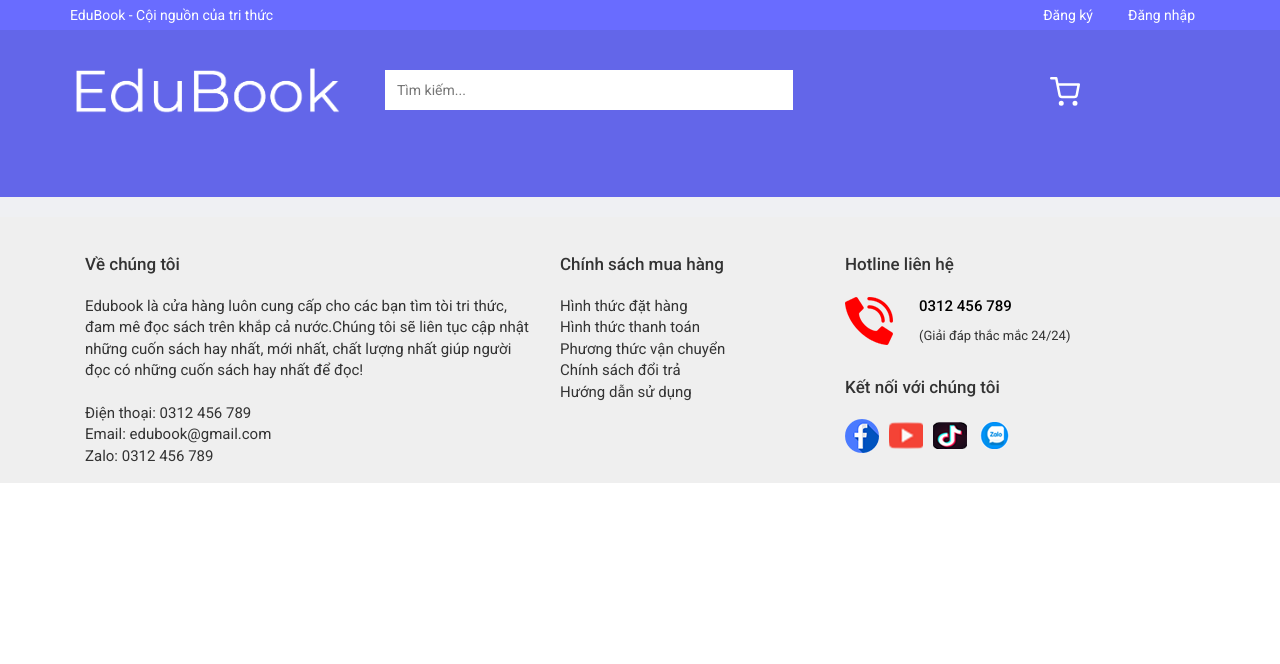
Repository: ThieuDV091002/BookShop
Page: http://localhost/checkout/order_completed
The author's editor kept a copy of each file at every save. The page is drawn from the files as they stood at one save, then again after a run of saves.
The browser window is 1280 px wide. The pictures show the whole page.
Some web fonts or font styles are not loaded; a fallback is used. The page is this project's Thymeleaf template; nobody is signed in. The template is opened directly, without the code that normally fills it, so the values that code supplies are empty.

Above is the page before, as saved 2023-07-19 14:42:49.
Console error: TypeError: Cannot read properties of null (reading 'style')

### EduBookProject/EduBookWebparent/EduBookFrontEnd/src/main/resources/templates/checkout/order_completed.html
<!DOCTYPE html>
<html xmlns:th="www.thymeleaf.org"
	xmlns:sec="https://www.thymeleaf.org/thymeleaf-extras-springsecurity5">
<head>
<meta charset="UTF-8">
<meta name="viewport" content="width=device-width, initial-scale=1.0">
<title>Trang chủ - EduBook</title>
<script th:src="@{js/jquery-3.3.1.js}"></script>
<script th:src="@{js/bootstrap.min.js}"></script>
<script
	th:src="@{https://ajax.googleapis.com/ajax/libs/jquery/3.5.1/jquery.min.js}"></script>
<link rel="stylesheet" th:href="@{css/bootstrap.min.css}">
<link rel="stylesheet"
	th:href="@{https://maxcdn.bootstrapcdn.com/bootstrap/3.4.1/css/bootstrap.min.css}">

<link
	th:href="@{https://fonts.googleapis.com/css2?family=Roboto:ital,wght@0,300;0,400;0,500;0,700;1,300;1,400;1,500&display=swap}"
	rel="stylesheet">
<link rel="stylesheet" th:href="@{fontawesome/all.min.css}">
<link
	th:href="@{https://fonts.googleapis.com/css2?family=Paytone+One&display=swap}"
	rel="stylesheet">
<link rel="stylesheet" th:href="@{css/style.css}">
<link rel="stylesheet" th:href="@{css/home.css}">
<link rel="stylesheet" th:href="@{css/contact.css}">
</head>
<body>
	<div class="app">
		<header id="header">
			<div class="header__top">
				<div class="container">
					<section class="row flex">
						<div class="col-lg-5 col-md-0 col-sm-0 heade__top-left">
							<span>EduBook - Cội nguồn của tri thức</span>
						</div>

						<nav class="col-lg-7 col-md-0 col-sm-0 header__top-right">
							<ul class="header__top-list" sec:authorize="!isAuthenticated()">
								<li class="header__top-item"><a th:href="@{/register}"
									class="header__top-link">Đăng ký</a></li>
								<li class="header__top-item"><a th:href="@{/login}"
									class="header__top-link">Đăng nhập</a></li>
							</ul>
							<ul class="header__top-list" sec:authorize="isAuthenticated()">
								<li class="header__top-item"><a th:href="@{/customer-update}"
									class="header__top-link" sec:authentication="principal.hoten"></a></li>
							</ul>
						</nav>
					</section>
				</div>
			</div>

			<div class="header__bottom">
				<div class="container">
					<section class="row">
						<div class="col-lg-3 col-md-4 col-sm-12 header__logo">
							<h1 class="header__heading">
								<a href="#" class="header__logo-link"> <img
									th:src="@{image/logo1.png}" alt="Logo" class="header__logo-img">
								</a>
							</h1>
						</div>

						<div class="col-lg-6 col-md-7 col-sm-0 header__search text-center"
							style="display: flex; justify-content: center; align-items: center;">
							<form class="col-lg-12 col-md-7 col-sm-0 header__search"
								th:action="@{/search}">
								<input type="search" name="keyword" class="header__search-input"
									th:value="${keyword}" placeholder="Tìm kiếm...">
							</form>
						</div>

						<a href="cart.html"
							class="col-lg-1 col-md-1 col-sm-0 header__cart">
							<div class="header__cart-icon-wrap" style="padding-top: 35px">
								<a th:href="@{/cart}">
									<svg xmlns="http://www.w3.org/2000/svg" width="30" height="30" style="color: white"
									viewBox="0 0 24 24" fill="none" stroke="currentColor" stroke-width="2"
									stroke-linecap="round" stroke-linejoin="round" class="feather feather-shopping-cart" id="IconChangeColor">
									<circle cx="9" cy="21" r="1"></circle><circle cx="20" cy="21" r="1"></circle>
									<path d="M1 1h4l2.68 13.39a2 2 0 0 0 2 1.61h9.72a2 2 0 0 0 2-1.61L23 6H6" id="mainIconPathAttribute"></path></svg>
								</a>
							</div>
						</a>
					</section>
				</div>
			</div>

			<div class="header__nav">
				<div class="container">
					<section class="row">
						<th:block sec:authorize="isAuthenticated()">
							<div class="header__nav col-lg-9 col-md-0 col-sm-0">
								<ul class="header__nav-list">
									<li class="header__nav-item"><a th:href="@{/customer-update}"
										class="header__nav-link">Thông tin tài khoản</a></li>
									<li class="header__nav-item"><a th:href="@{/order}"
										class="header__nav-link">Đơn hàng</a></li>
									<li class="header__nav-item"><a th:href="@{/address_book}"
										class="header__nav-link">Địa chỉ</a></li></li>
									<li class="header__nav-item"><a th:href="@{/review}"
										class="header__nav-link">Đánh giá</a></li></li>
									<li class="header__nav-item"><a th:href="@{/request}"
										class="header__nav-link">Khiếu nại</a></li>
									<li class="header__nav-item"><a id="logoutLink" href=""
										class="header__nav-link">Đăng xuất</a></li>

								</ul>
							</div>
						</th:block>
					</section>
				</div>
			</div>
		</header>



		<section class="menu-slide text-center">
			<div class="container">
				<th:block sec:authorize="isAuthenticated()">
					<form th:action="@{/logout}" method="post" th:hidden="true"
						name="LogoutForm">
						<input type="submit">
					</form>
				</th:block>
			</div>
		</section>


		<footer>
			<section class="footer__top">
				<div class="container">
					<div class="row">
						<article class="footer__top-intro col-lg-5 col-md-4 col-sm-6">
							<h4 class="footer__top-intro-heading">Về chúng tôi</h4>
							<div class="footer__top-intro-content">
								Edubook là cửa hàng luôn cung cấp cho các bạn tìm tòi tri thức,
								đam mê đọc sách trên khắp cả nước.Chúng tôi sẽ liên tục cập nhật
								những cuốn sách hay nhất, mới nhất, chất lượng nhất giúp người
								đọc có những cuốn sách hay nhất để đọc! <br> <br> Điện
								thoại: 0312 456 789 <br> Email: edubook@gmail.com <br>
								Zalo: 0312 456 789 <br>
							</div>
						</article>

						<article class="footer__top-policy col-lg-3 col-md-4 col-sm-6">
							<h4 class="footer__top-policy-heading">Chính sách mua hàng</h4>

							<ul class="footer__top-policy-list">
								<li class="footer__top-policy-item"><a href="#"
									class="footer__top-policy-link">Hình thức đặt hàng</a></li>
								<li class="footer__top-policy-item"><a href="#"
									class="footer__top-policy-link">Hình thức thanh toán</a></li>
								<li class="footer__top-policy-item"><a href="#"
									class="footer__top-policy-link">Phương thức vận chuyển</a></li>
								<li class="footer__top-policy-item"><a href="#"
									class="footer__top-policy-link">Chính sách đổi trả</a></li>
								<li class="footer__top-policy-item"><a href="#"
									class="footer__top-policy-link">Hướng dẫn sử dụng</a></li>
							</ul>
						</article>

						<article
							class="footer__top-contact-wrap col-lg-4 col-md-4 col-sm-6">
							<h4 class="footer__top-contact-heading">Hotline liên hệ</h4>

							<div class="footer__top-contact">
								<div class="footer__top-contact-icon">
									<img th:src="@{image/phone_top.png}"
										class="footer__top-contact-img">
								</div>

								<div class="footer__top-contact-phone-wrap">
									<div class="footer__top-contact-phone">0312 456 789</div>
									<div class="footer__top-contact-des">(Giải đáp thắc mắc
										24/24)</div>
								</div>
							</div>

							<h4 class="footer__top-contact-heading">Kết nối với chúng
								tôi</h4>

							<div class="footer__top-contact-social">
								<a href="#" class="footer__top-contact-social-link"> <img
									th:src="@{image/facebook.png}">
								</a> <a href="#" class="footer__top-contact-social-link"> <img
									th:src="@{image/youtube.png}">
								</a> <a href="#" class="footer__top-contact-social-link"> <img
									th:src="@{image/tiktok.png}">
								</a> <a href="#" class="footer__top-contact-social-link"> <img
									th:src="@{image/zalo.png}">
								</a>
							</div>
						</article>
					</div>
				</div>
			</section>
		</footer>
	</div>
	<script th:src="@{js/jq.js}"></script>
	<script th:src="@{js/index.js}"></script>
</body>
</html>

### EduBookProject/EduBookWebparent/EduBookFrontEnd/src/main/resources/static/css/style.css
:root{
    --primary-color: #6366e9;
    --white-color: #fff;
    --black-color: #000;
    --text-color: #333;
    --border-color: #e5e5e5;
}

*{
    margin: 0;
    padding: 0;
    box-sizing: border-box;
    font-size: 62.5%;
}

body{
    font-size: 100%;
    font-family: Roboto;
}
/* header */
#header{
    background: var(--primary-color);
}

.header__top{
    height: 30px;
    display: flex;
    align-items: center;
    justify-content: space-between;
    background: #696cff;
}

.heade__top-left{
    padding-left: 0;
}

.heade__top-left span {
    font-size: 14px;
    color: var(--white-color);
}

.header__top-right {
    display: flex;
    align-items: center;
    justify-content: flex-end;
}

.header__top-list {
    list-style: none;
    display: flex;
    align-items: center;
    margin: 0;
}

.header__top-item {

}

.header__top-link {
    color: var(--white-color);
    text-decoration: none;
    font-size: 1.4rem;
    display: block;
    margin-left: 3.5rem;
    transition: 0.2s;
}

.header__top-link:hover{
    opacity: 0.8;
    color: #fff;
    text-decoration: none;
}

.header__bottom {
 padding: 12px 0;
}

.header__logo {
    padding-left: 0;
}

.header__heading {

}

.header__logo-link {

}

.header__logo-img {

}


.header__search {
    display: flex;
    align-items: center;
}


.header__search-select {
    height: 4rem;
    font-size: 1.4rem;
    font-weight: 500;
    outline: none;
    border: none;
    border-radius: 0.2rem 0 0 0.2rem;
    border-right: 1px solid var(--border-color);
    width: 10%;
    padding: 0 .6rem;
}

.header__search-select option{
    font-size: 1.4rem;
    display: inline-block;
    margin: 10px 12px;
}

.header__search-input {
    height: 4rem;
    width: 80%;
    font-size: 1.4rem;
    outline: none;
    border: none;
    padding: 0 12px;
}

.header__search-btn {
    width: 10%;
    height: 4rem;
    outline: none;
    border: none;
    border-radius: 0 2px 2px 0;
    font-size: 1.4rem;
    background: var(--white-color);
}

.header__search-icon-wrap{
    width: 90%;
    height: 3.4rem;
    background: #696cff;
    border-radius: 2px;
    display: flex;
    justify-content: center;
    align-items: center;
    cursor: pointer;
    margin-left: .2rem;
}

.header__search-icon {
    font-size: 1.4rem;
    color: var(--white-color);
}


.header__call {
    display: flex;
    align-items: center;
    padding-right: 0;
}

.header__call-icon-wrap {
    margin-right: 1rem;
}

.header__call-icon {
    font-size: 2.2rem;
    color: var(--white-color);
}

.header__call-info {

}

.header__call-text {
    font-size: 13px;
    font-weight: 500;
    color: var(--white-color);
    margin-bottom: 1rem;
}

.header__call-number {
    font-size: 1.5rem;
    font-weight: 500;
    color: var(--white-color);
}

.header__cart {
    display: flex;
    justify-content: center;
    align-items: center;
    cursor: pointer;
}

.header__cart-icon-wrap {
    position: relative;
}

.header__notice{
    display: block;
    width: 24px;
    height: 24px;
    position: absolute;
    top: -70%;
    right: -70%;
    background: #fff;
    color: var(--primary-color);
    font-size: 1.4rem;
    border-radius: 50%;
    border: 2px solid #696cff;
    display: flex;
    justify-content: center;
    align-items: center;
    font-weight: 400;
}

.header__nav-cart-icon {
    font-size: 2rem;
    color: var(--white-color);
}


/*header navigation*/
.header__nav-wrap{
    height: 4.8rem;
    background: #ff5c00;
}

.header__nav-menu-wrap{
    height: 4.8rem;
    background: #696cff;
    display: flex;
    align-items: center;
    border-top-left-radius: 2px;
    border-top-right-radius: 2px;
    /*margin-left: 1.5rem;
    margin-right: -1.5rem;
    padding-right: 0;*/
    cursor: pointer;
}

.header__nav-menu-icon {
    font-size: 1.6rem;
    color: var(--white-color);
    margin-right: 1.6rem;
    margin-left: 1.4rem;
}

.header__nav-menu-title {
    font-size: 1.6rem;
    font-weight: 500;
    color: var(--white-color);
}

.header__nav {
    height: 4.8rem;
}

.header__nav-list {
    list-style: none;
    display: flex;
    align-items: center;
    height: 100%;
}

.header__nav-item {

}

.header__nav-link {
    color: var(--white-color);
    text-decoration: none;
    font-size: 1.5rem;
    font-weight: 500;
    display: block;
    padding-right: 3rem;
    transition: 0.2s;
}

.header__nav-link:hover{
    text-decoration: none;
    color: var(--white-color);
    opacity: 0.6;
}
/**/
/* end header */


/*footer*/
.footer__top{
    background: #efefef;
    padding: 1.6rem 0;
}
.footer__top-intro {

}

.footer__top-intro-heading, .footer__top-policy-heading, .footer__top-contact-heading {
    font-size: 1.7rem;
    color: var(--text-color);
    padding: 1.2rem 0;
}

.footer__top-intro-content {
    font-size: 1.5rem;
}

.footer__top-policy-list {
    list-style: none;
    margin-bottom: 1rem;
}

.footer__top-policy-item {

}

.footer__top-policy-link {
    font-size: 1.5rem;
    color: var(--text-color);
}

.footer__top-policy-link:hover{
    color: var(--text-color);
    opacity: 0.8;
    text-decoration: none;
}

.footer__top-contact-wrap {

}

.footer__top-contact-heading {

}

.footer__top-contact {
    display: flex;
    align-items: center;
    margin-bottom: 2rem;
}


.footer__top-contact-icon {
    margin-right: 2.6rem;
}

.footer__top-contact-img {

}

.footer__top-contact-phone-wrap {

}

.footer__top-contact-phone {
    font-size: 1.5rem;
    font-weight: 500;
    color: var(--black-color);
    margin-bottom: 1rem;
}

.footer__top-contact-des {
    font-size: 1.3rem;
    color: var(--text-color);
}

.footer__top-contact-social-link{
    margin-right: 1rem;
}

.footer__bottom {
    height: 3.4rem;
    background: #666;
    text-align: center;
}

.footer__bottom-content {
    font-size: 1.4rem;
    color: var(--white-color);
    margin: 0 auto;
    line-height: 3.4rem;
}


@media (max-width:992px){
    .header__top{
        display: none;
    }

    .header__nav-menu-wrap{
        display: none;
    }

    /*.header__search{
        display: none;
    }*/

    .header__call{
        display: none;
    }

    .header__search-select{
        display: none;
    }
}

@media (max-width:768px){
    .hide-on-mobile{
        display: none;
    }

    .header__search{
        display: none;
    }

    .header__cart{
        display: none;
    }

    .header__nav{
        display: none;
    }

    .header__heading {
        text-align: center;
    }

    .header__logo-img {
        max-width: 10rem;
    }


}

@media (min-width:768px){
   .header__logo-img {
        max-width: 100%;
    }
}


#myBtn-scroll{

    display: none;
    position: fixed;
    bottom: 20px;
    right: 30px;
    z-index: 99;
    font-size: 18px;
    border: none;
    outline: none;
    background-color: rgba(238, 0, 0,0.5);
    color: white;
    cursor: pointer;
    padding: 15px;
    border-radius: 4px;

}
#myBtn-scroll:hover{

    background-color: red;
}

### EduBookProject/EduBookWebparent/EduBookFrontEnd/src/main/resources/static/css/contact.css
.contact__self h3, .contact__regist h3 {
	font-size: 2rem;
	color: #000;
}

.contact__self p, .contact__regist p{
	font-size: 1.4rem;
}


.contact__self-list {
	list-style: none;
}

.contact__self-item {

}

.contact__self-link {
	color: var(--text-color);
	font-size: 1.4rem;
	display: block;
	padding: 0.5rem 0;
}

.contact__self-item:first-child .contact__self-link{
	font-weight: 500;
}

.contact__self-link:hover{
	color: var(--black-color);
	text-decoration: none;
}

.contact__regist form input{
	margin: 1rem 0;
	padding: 0.8rem 1rem;
	border-radius: 0.2rem;
	outline: none;
	font-size: 1.4rem;
	border: 1px solid #ccc;
	width: 100%;
}

.contact__regist form select{
	margin: 1rem 0;
	padding: 0.8rem 1rem;
	border-radius: 0.2rem;
	outline: none;
	font-size: 1.4rem;
	border: 1px solid #ccc;
	width: 100%;
}

.contact__regist form option{
	margin: 1rem 0;
	padding: 0.8rem 1rem;
	border-radius: 0.2rem;
	outline: none;
	font-size: 1.4rem;
	border: 1px solid #ccc;
	width: 100%;
}

.contact__regist form textarea{
	width: 100%;
	padding: 0.6rem 1.4rem;
	font-size: 1.4rem;
	height: 10rem;
	outline: none;
	border-radius: .2rem;
	margin-top: 1rem;
}

.mb-50{
	margin-bottom: 3rem;
}

.contact__regist form button{
	font-size: 1.4rem;
	background: var(--primary-color);
	padding: 0.6rem 1.4rem;
	outline: none;
	color: var(--white-color);
	border-radius: 0.2rem;
	border: none;
	cursor: pointer;
	margin-top: 1rem;
}

.contact__regist form button:hover{
	opacity: 0.8;
}

input::-webkit-outer-spin-button,
input::-webkit-inner-spin-button {
	-webkit-appearance: none;
	margin: 0;
}

input[type=number] {
-moz-appearance: textfield;
}


.pc{
	position: relative;
}

.menu__nav{
	position: absolute;
	top: -1.4rem;
	left: 0;
	z-index: 10;
	box-shadow: 1px 1px 5px 1px #ccc;
	display: none;
}

.menu__nav{
	padding: 0;

}
.menu__list {
    list-style: none;
    margin: 0;
    padding: 0;
}
.menu__item{
   padding-left: .15rem;
}

.menu__item-icon{
	width: 1.6rem;
	height: 1.6rem;
	display: inline-block;
	margin-right: 1.5rem;
}
.menu__item:hover {
    background: var(--primary-color);

}

.menu__item:hover .menu__link{
    color: var(--white-color);
    background: var(--primary-color);
    text-decoration: none;
    fill: var(--white-color);
}

.menu__item--active .menu__link{
    color: var(--primary-color);
    fill: var(--primary-color);
}
.menu__link {
    font-size: 1.5rem;
    font-weight: 500;
    color: var(--text-color);
    display: block;
    padding: 1rem 2.8rem;
    text-decoration: none;
    border-top: 1px solid #eff0f3;
    background: var(--white-color);
    background-clip: padding-box;
    display: flex;
    align-items: center;
}

Loaded but not shown: EduBookProject/EduBookWebparent/EduBookFrontEnd/src/main/resources/static/js/jquery-3.3.1.js (library); EduBookProject/EduBookWebparent/EduBookFrontEnd/src/main/resources/static/js/bootstrap.min.js (library); EduBookProject/EduBookWebparent/EduBookFrontEnd/src/main/resources/static/css/bootstrap.min.css (library); EduBookProject/EduBookWebparent/EduBookFrontEnd/src/main/resources/static/fontawesome/all.min.css (library); EduBookProject/EduBookWebparent/EduBookFrontEnd/src/main/resources/static/js/jq.js (51 lines, source omitted); EduBookProject/EduBookWebparent/EduBookFrontEnd/src/main/resources/static/js/index.js (26 lines, source omitted); EduBookProject/EduBookWebparent/EduBookFrontEnd/src/main/resources/static/css/home.css (832 lines, source omitted)

After the next 2 saves:
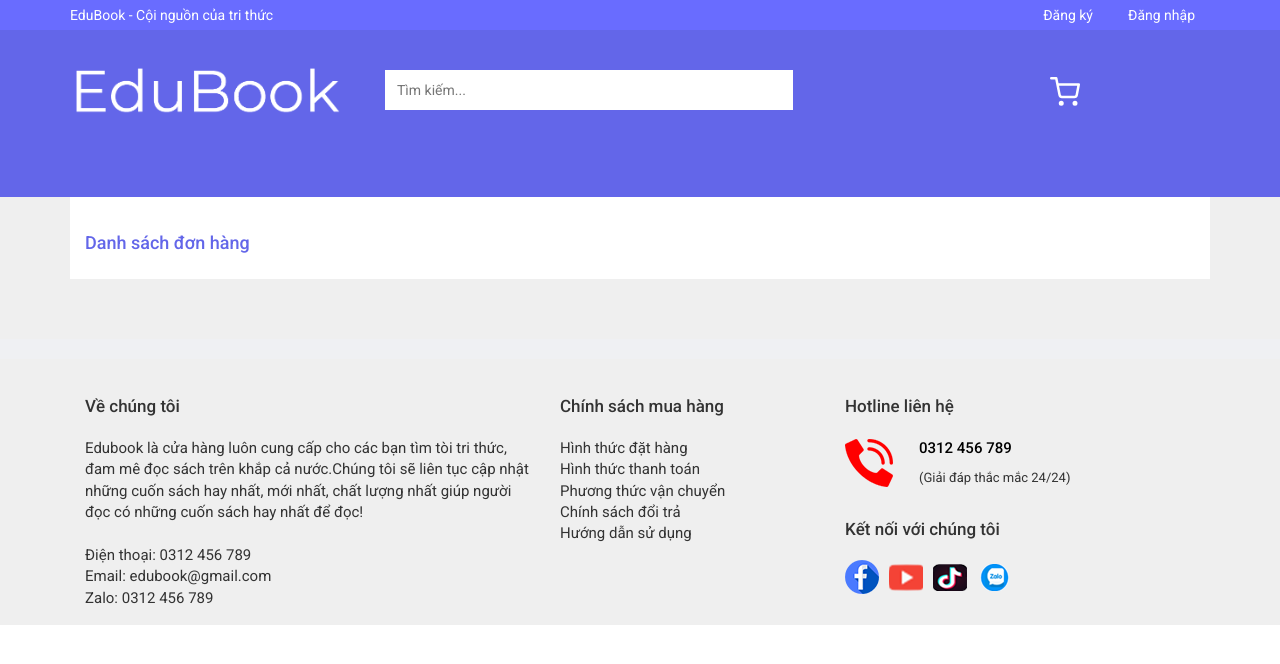
The 2 saves are shown as one change because 1 did not build or start.
The last was saved 63 s later.
--- a/EduBookProject/EduBookWebparent/EduBookFrontEnd/src/main/resources/templates/checkout/order_completed.html
+++ b/EduBookProject/EduBookWebparent/EduBookFrontEnd/src/main/resources/templates/checkout/order_completed.html
@@ -113,7 +113,15 @@
 			</div>
 		</header>
 
-
+		<section id='category1' class="product__love">
+			<div class="container">
+				<div class="row bg-white">
+					<div class="col-lg-12 col-md-12 col-sm-12 product__love-title">
+						<h2 class="product__love-heading upper">Danh sách đơn hàng</h2>
+					</div>
+				</div>
+			</div>
+		</section>
 
 		<section class="menu-slide text-center">
 			<div class="container">
